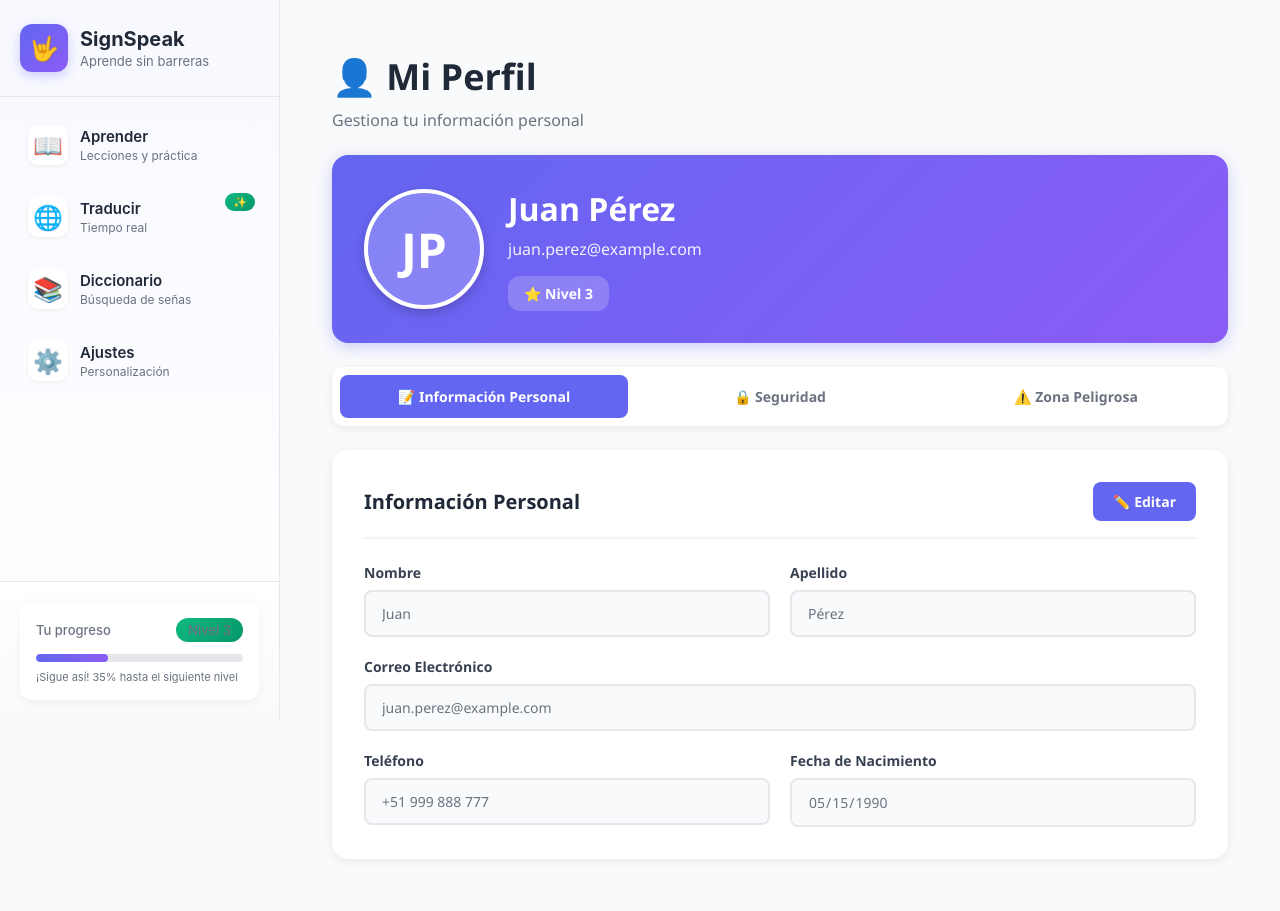
Repository: Aucarure/SignSpeak
Page: /profile (app in Usuario/frontend/)
The author's editor kept a copy of each file at every save. The page is drawn from the files as they stood at one save, then again after the next save.
The browser window is 1280 px wide. The pictures show the whole page.
The project was rebuilt for these pictures with package versions that can differ from the ones it lists, and the page was loaded fresh each time. Also part of the build but not shown: Usuario/frontend/vite.config.js, Usuario/frontend/src/pages/Translator.jsx, Usuario/frontend/src/pages/Pages.css, Usuario/frontend/src/pages/Learn.jsx, Usuario/frontend/src/pages/Dictionary.jsx, Usuario/frontend/src/pages/Settings.jsx, Usuario/frontend/src/api/diccionario.js, Usuario/frontend/src/hooks/useDiccionario.js and 3 more.

Above is the page before, as saved 2025-12-04 17:20:13.

After the next save:
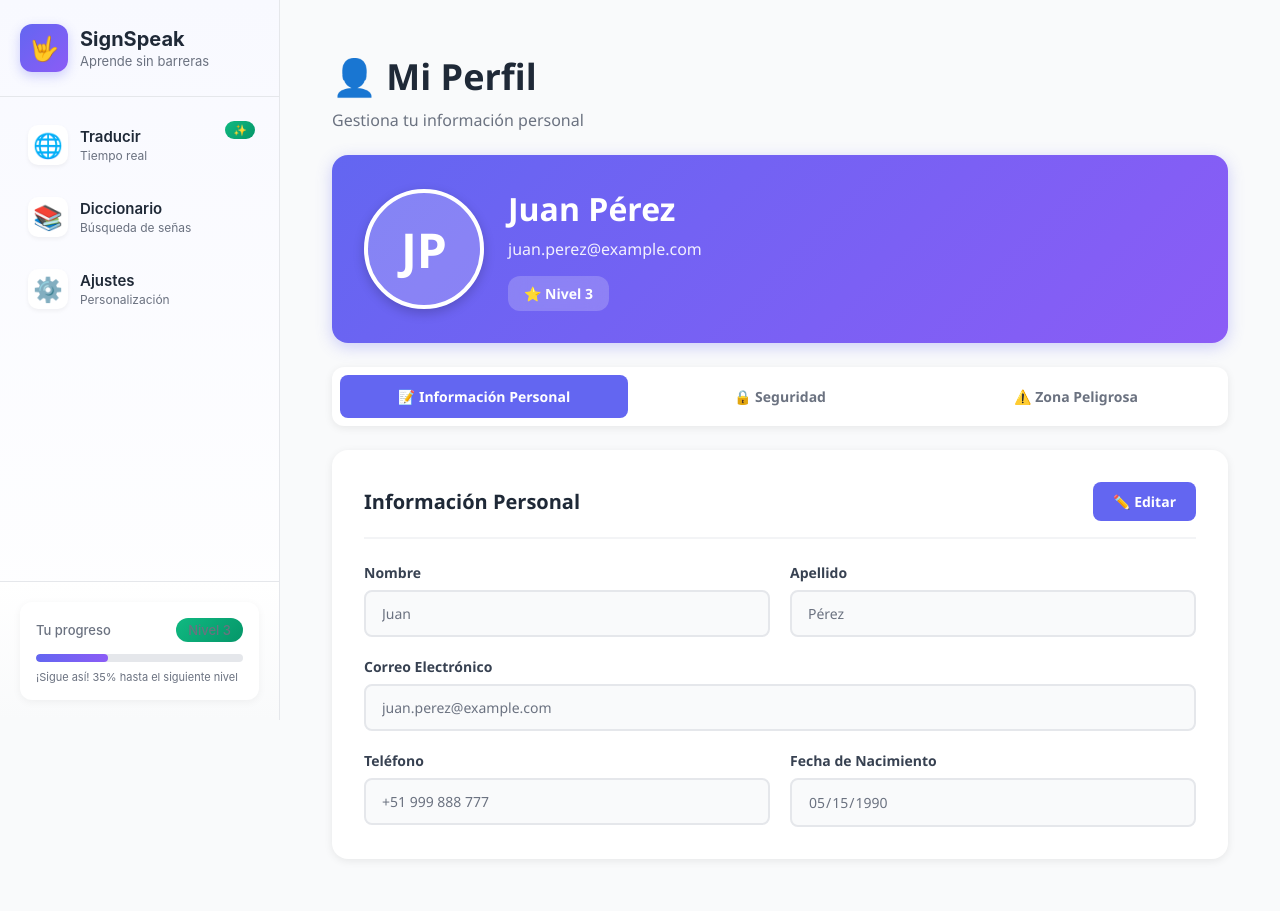
Saved 25 s later.
--- a/Usuario/frontend/src/components/Layout/Sidebar.jsx
+++ b/Usuario/frontend/src/components/Layout/Sidebar.jsx
@@ -7,13 +7,7 @@ function Sidebar() {
   const location = useLocation();
 
   const menuItems = [
-    {
-      id: 'learn',
-      icon: '📖',
-      title: 'Aprender',
-      subtitle: 'Lecciones y práctica',
-      path: '/aprender'
-    },
+
     {
       id: 'translate',
       icon: '🌐',
